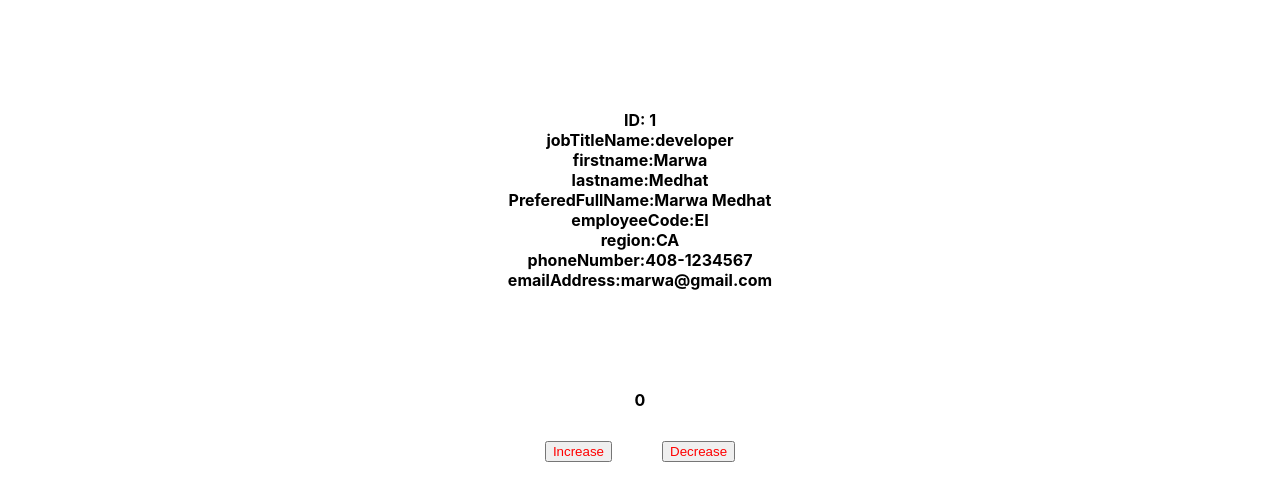
Repository: Marwa-Medhat/ReactJS-Labs
Page: / (app in myapp/)
An editor plug-in stored every save of this project. The page is shown before and after the next save, followed by the edit.
The browser window is 1280 px wide. The pictures show the whole page.
The project was rebuilt for these pictures with package versions that can differ from the ones it lists, and the page was loaded fresh each time.

Above is the page before, as saved 2021-04-25 20:03:57.

### myapp/src/App.js
import logo from './logo.svg';
import './App.css';
import React, { Component } from 'react';
// function App() {



  class Counter extends React.Component{
    constructor()
    {
      super();
      this.state={
        count:0
    }
  }
    increase=()=>{

      this.setState({count:this.state.count+1})
    }
    decrease=()=>{

      this.setState({count:this.state.count-1})
    }

    render(){
      return (
        <div >
        <div style={{ marginBottom: 30, fontWeight:'bolder',}}>{this.state.count}</div>
        <button onClick={this.increase} style={{ marginRight: 50, color:"red" ,}}> Increase</button>
        <button onClick={this.decrease} style={{ color:"red" ,}}> Decrease</button>
        </div>
      ); //return
      } //render
    }
    // backgroundColor:'green'
    class Webapp extends React.Component{


      constructor()
      {
        super();
        this.state={
          id:1,
          jobTitleName:"developer",
          firstname:"Marwa",
          lastname:"Medhat",
          PreferedFullName:"Marwa Medhat",
          employeeCode:"EI",
          region:"CA",
          phoneNumber:"408-1234567",
          emailAddress:"marwa@gmail.com"

      }
    }

      render(){
        return (
          <div >
          <div style={{fontWeight:'bolder',}}>ID: {this.state.id}</div>
          <div style={{fontWeight:'bolder',}}> jobTitleName:{this.state.jobTitleName}</div>
          <div style={{fontWeight:'bolder',}}>firstname:{this.state.firstname}</div>
          <div style={{fontWeight:'bolder',}}>lastname:{this.state.lastname}</div>
          <div style={{fontWeight:'bolder',}}>PreferedFullName:{this.state.PreferedFullName}</div>
          <div style={{fontWeight:'bolder',}}>employeeCode:{this.state. employeeCode}</div>
          <div style={{fontWeight:'bolder',}}>region:{this.state.region}</div>
          <div style={{fontWeight:'bolder',}}>phoneNumber:{this.state.phoneNumber}</div>
          <div style={{fontWeight:'bolder',}}>emailAddress:{this.state.emailAddress}</div>
          </div>
        ); //return
        } //render
    }
  class App extends React.Component{

    render(){
    return (

      <div className="App"  >
    <div style={{ paddingTop: 110, }}>< Webapp /></div>
    <div style={{ paddingTop: 100, }}><Counter  /></div>
    </div>



    ); //return
    } //render
  } //class App

export default App;

Loaded but not shown: myapp/public/index.html (common file); myapp/src/index.js (common file); myapp/src/index.css (common file); myapp/src/reportWebVitals.js (common file); myapp/src/App.css (common file)

After the next save:
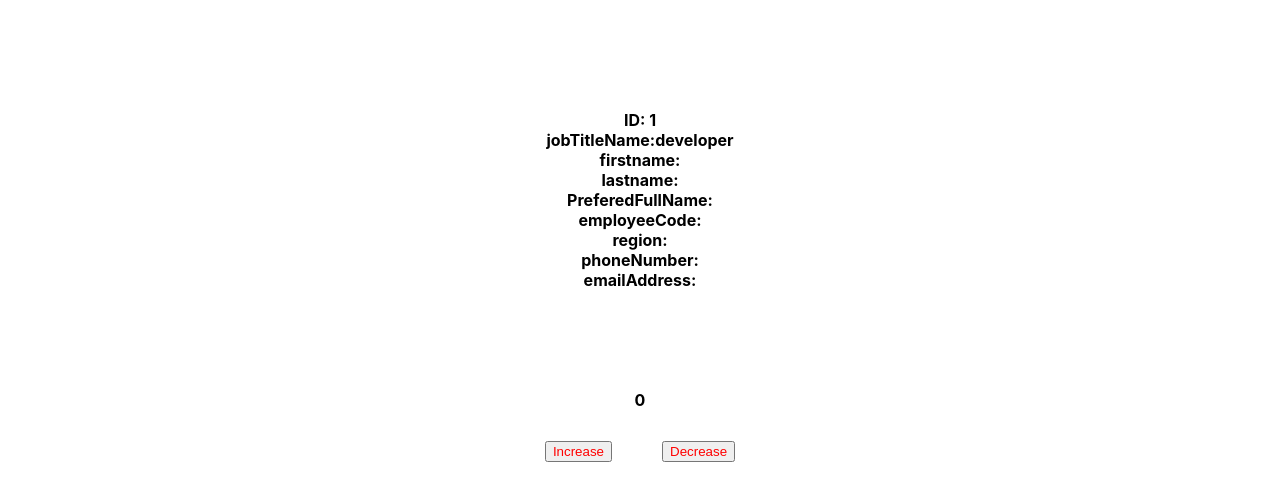
Saved 4 min 4 s later.
--- a/myapp/src/App.js
+++ b/myapp/src/App.js
@@ -40,6 +40,7 @@
       {
         super();
         this.state={
+          employee:{
           id:1,
           jobTitleName:"developer",
           firstname:"Marwa",
@@ -49,15 +50,15 @@
           region:"CA",
           phoneNumber:"408-1234567",
           emailAddress:"marwa@gmail.com"
-
+          }
       }
     }
 
       render(){
         return (
           <div >
-          <div style={{fontWeight:'bolder',}}>ID: {this.state.id}</div>
-          <div style={{fontWeight:'bolder',}}> jobTitleName:{this.state.jobTitleName}</div>
+          <div style={{fontWeight:'bolder',}}>ID: {this.state.employee.id}</div>
+          <div style={{fontWeight:'bolder',}}> jobTitleName:{this.state.employee.jobTitleName}</div>
           <div style={{fontWeight:'bolder',}}>firstname:{this.state.firstname}</div>
           <div style={{fontWeight:'bolder',}}>lastname:{this.state.lastname}</div>
           <div style={{fontWeight:'bolder',}}>PreferedFullName:{this.state.PreferedFullName}</div>

After the save that followed:
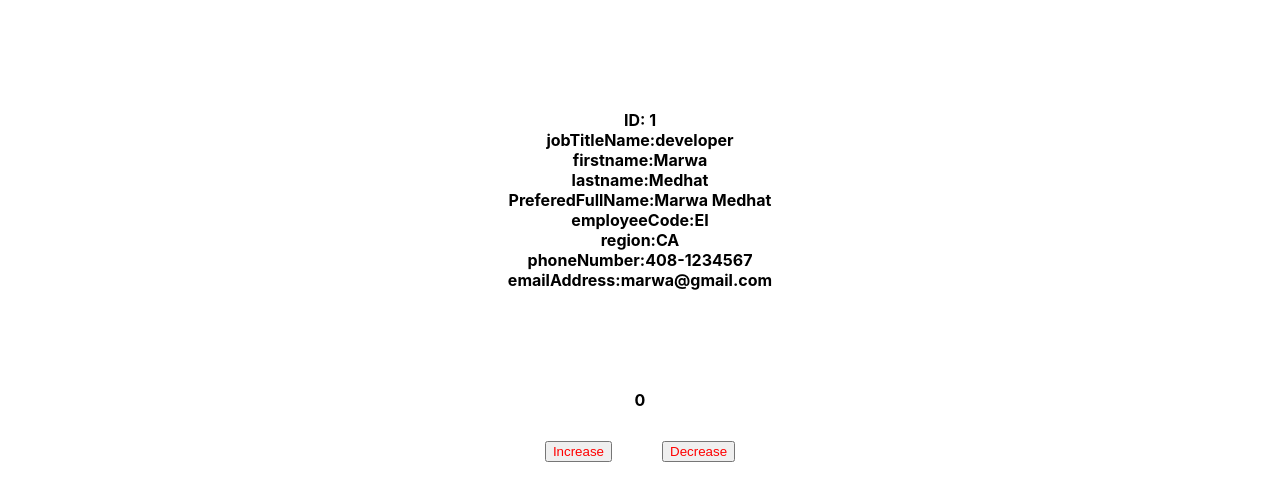
Saved 55 s later.
--- a/myapp/src/App.js
+++ b/myapp/src/App.js
@@ -59,13 +59,13 @@
           <div >
           <div style={{fontWeight:'bolder',}}>ID: {this.state.employee.id}</div>
           <div style={{fontWeight:'bolder',}}> jobTitleName:{this.state.employee.jobTitleName}</div>
-          <div style={{fontWeight:'bolder',}}>firstname:{this.state.firstname}</div>
-          <div style={{fontWeight:'bolder',}}>lastname:{this.state.lastname}</div>
-          <div style={{fontWeight:'bolder',}}>PreferedFullName:{this.state.PreferedFullName}</div>
-          <div style={{fontWeight:'bolder',}}>employeeCode:{this.state. employeeCode}</div>
-          <div style={{fontWeight:'bolder',}}>region:{this.state.region}</div>
-          <div style={{fontWeight:'bolder',}}>phoneNumber:{this.state.phoneNumber}</div>
-          <div style={{fontWeight:'bolder',}}>emailAddress:{this.state.emailAddress}</div>
+          <div style={{fontWeight:'bolder',}}>firstname:{this.state. employee.firstname}</div>
+          <div style={{fontWeight:'bolder',}}>lastname:{this.state.employee.lastname}</div>
+          <div style={{fontWeight:'bolder',}}>PreferedFullName:{this.state.employee.PreferedFullName}</div>
+          <div style={{fontWeight:'bolder',}}>employeeCode:{this.state.employee.employeeCode}</div>
+          <div style={{fontWeight:'bolder',}}>region:{this.state.employee.region}</div>
+          <div style={{fontWeight:'bolder',}}>phoneNumber:{this.state.employee.phoneNumber}</div>
+          <div style={{fontWeight:'bolder',}}>emailAddress:{this.state.employee.emailAddress}</div>
           </div>
         ); //return
         } //render
